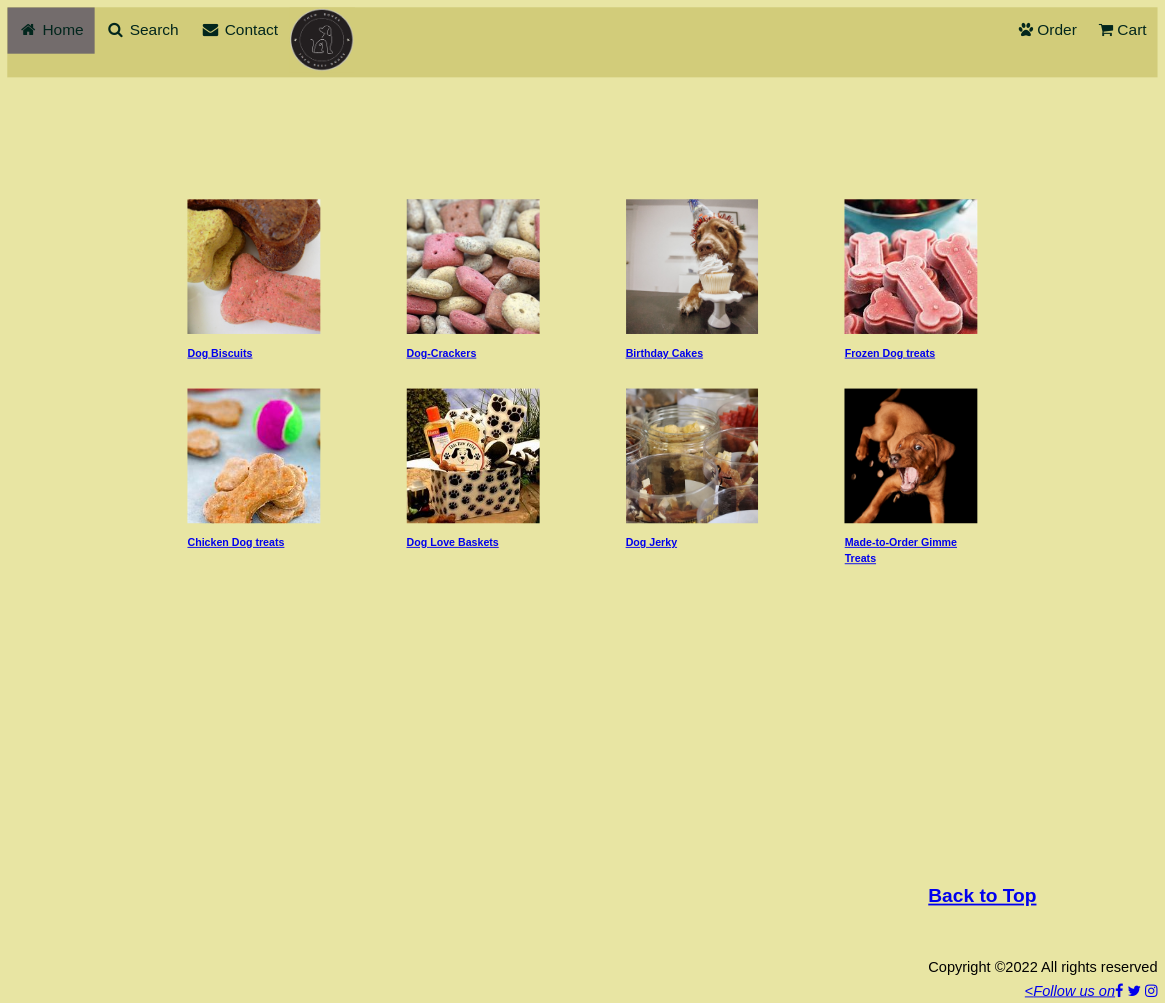
Repository: vgoins-RA2022/HTML-1
Page: index.html
The author's editor kept a copy of each file at every save. The page is drawn from the files as they stood at one save, then again after a run of saves.
The browser window is 1280 px wide. The pictures show the whole page, at 91% of full size.

Above is the page before, as saved 2023-01-21 19:54:37.

After the next 3 saves:
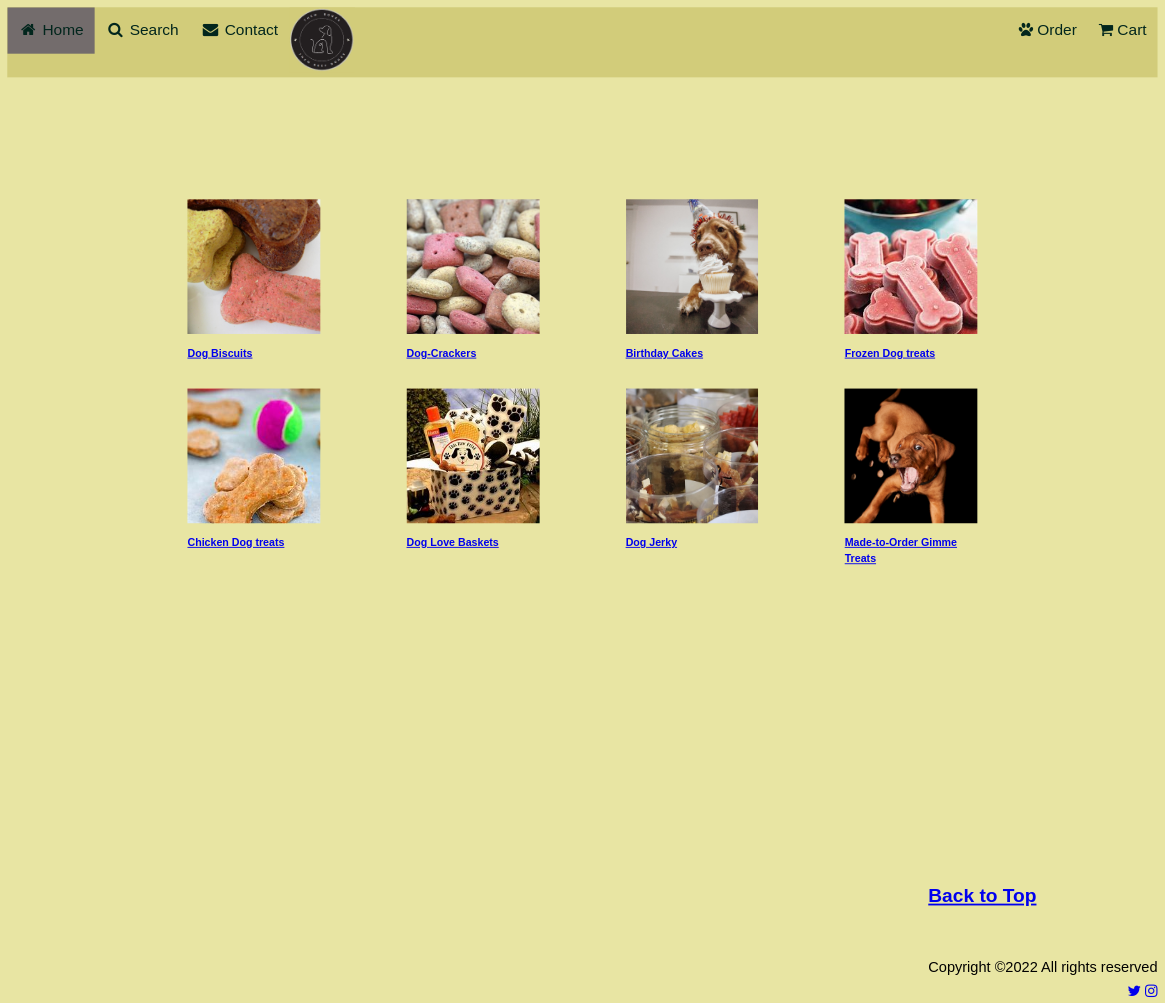
The 3 saves are shown as one change because they came seconds apart.
The last was saved 25 s later.
--- a/index.html
+++ b/index.html
@@ -95,7 +95,7 @@
       <div class="col-left">Copyright ©2022 All rights reserved</div>
       <div class="col-right">
 
-        <a href="#"><<i>Follow us on<i class="fa fa-facebook"></i></a>
+        <a href="#"><iclass="fa fa-facebook"></iclass=></a>
         <a href="#"><i class="fa fa-twitter"></i></a>
         <a href="#"><i class="fa fa-instagram"></i></a>
       </div>
